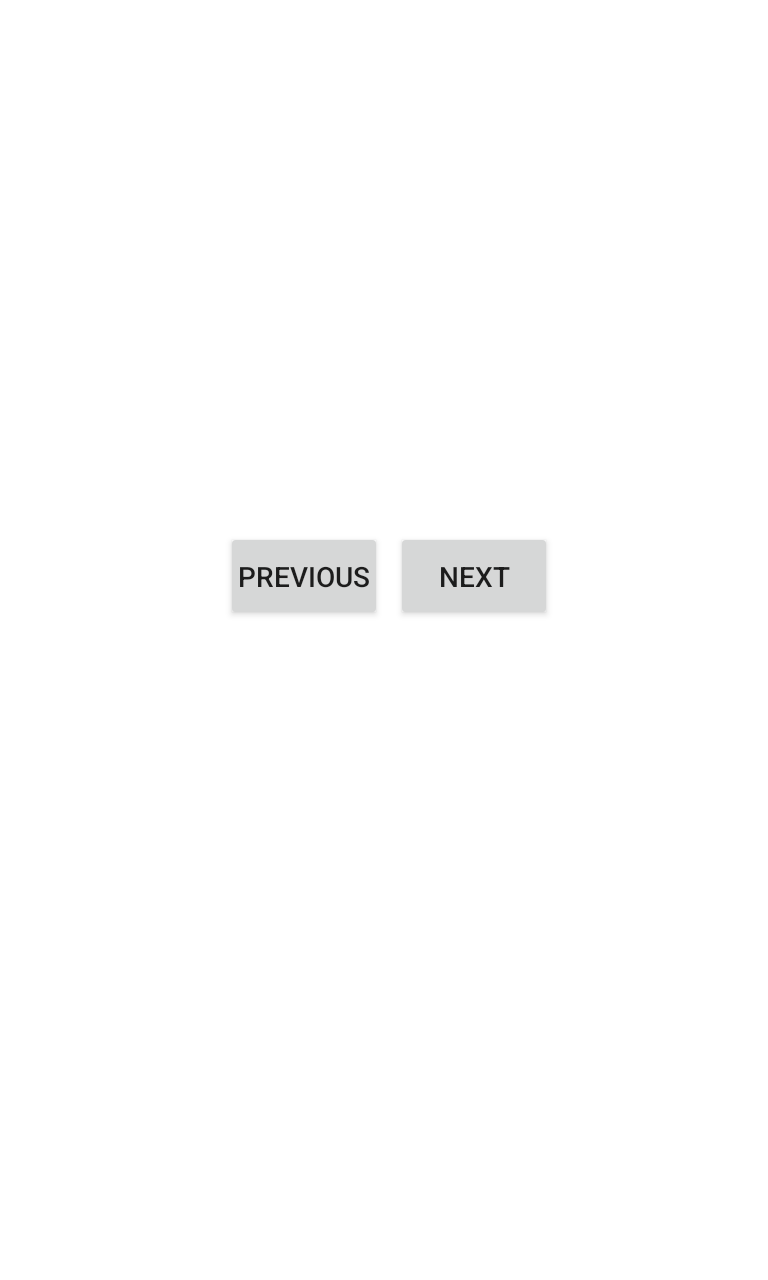
Repository: Warun26/PropertySearch
Layout: PropertySearch/res/layout/historical_zestimates_tab.xml
An editor plug-in stored every save of this project. The layout is shown before and after the next save, followed by the edit.
It is drawn on a 768 x 1280 px phone screen (xhdpi) without system bars, with theme AppTheme; the app's code is not run. The app's manifest (not shown) leaves right-to-left support off. So textAlignment, textDirection and layoutDirection are ignored, and left and right values win over start and end ones.

Above is the layout before, as saved 2014-11-23 05:49:44.

### PropertySearch/res/layout/historical_zestimates_tab.xml
<?xml version="1.0" encoding="utf-8"?>
<LinearLayout xmlns:android="http://schemas.android.com/apk/res/android"
    android:id="@+id/tab2"
    android:layout_width="fill_parent"
    android:layout_height="fill_parent"
    android:orientation="vertical"
    android:background="#fff">

    <TextSwitcher
        android:id="@+id/chartYear"
        android:layout_width="fill_parent"
        android:layout_height="wrap_content"
        android:background="#fff"
        android:padding="5dp"
        android:textSize = "16sp"
        android:textStyle="bold"
        android:layout_marginTop="10dp"
        android:layout_marginBottom="5dp" />


    <TextView
	     android:id="@+id/address"
	     android:layout_width="wrap_content"
	     android:layout_height="wrap_content"
	     android:padding="0dp"
	     android:textSize="14sp"
	     android:textAlignment="center"
	     android:layout_gravity="center"  >
	</TextView>

    <ImageSwitcher
      android:id="@+id/ZestimateCharts"
      android:layout_width="fill_parent"
      android:layout_height="200dp" >
    </ImageSwitcher>

    <LinearLayout
        android:id="@+id/imageNavigationButtons"
        android:layout_width="170dp"
        android:layout_height="wrap_content"
        android:orientation="horizontal"
        android:layout_gravity="center_horizontal" >
	    <Button
	      	android:id="@+id/previousImageButton"
	        android:layout_width="fill_parent"
	        android:layout_height="wrap_content"
	        android:text="@string/previous"
	        android:layout_marginLeft="5dp"
	        android:layout_marginStart="5dp"
	        android:layout_marginTop="20dp"
	        android:paddingLeft="3dp"
	        android:paddingRight="3dp"
	        android:layout_weight="1" />

	    <Button
	      	android:id="@+id/nextImageButton"
	        android:layout_width="fill_parent"
	        android:layout_height="wrap_content"
	        android:text="@string/next"
	        android:layout_marginLeft="5dp"
	        android:layout_marginStart="5dp"
	        android:layout_marginTop="20dp"
	        android:paddingLeft="3dp"
	        android:paddingRight="3dp"
	        android:layout_weight="1" />
        </LinearLayout>
        <TextView
            android:id="@+id/branding2"
            android:layout_width="200dp"
            android:layout_height="wrap_content"
            android:textColorLink="#0000EE"
            android:textColor="#000"
            android:textAlignment="center"
            android:gravity="center_horizontal"
            android:layout_gravity="center_horizontal" />
</LinearLayout>

### PropertySearch/res/values/strings.xml
<?xml version="1.0" encoding="utf-8"?>
<resources>

    <string name="app_name">PropertySearch</string>
    <string name="hello_world">Hello world!</string>
    <string name="action_settings">Settings</string>
    <string name="search">Search</string>
    <string name="title_activity_main">MainActivity</string>
    <string name="form_title">Search Your Property Here</string>
    <string name="street_address">Street Address</string>
    <string name="address">Address*:</string>
    <string name="city_label">City*:</string>
    <string name="city">City</string>
    <string name="state">State*:</string>
    <string name="zillow_image">Zillow Logo</string>
    <string name="error_message">This field is required.</string>
    <string name="body1">body1</string>
    <string name="body2">body2</string>
    <string name="previous">Previous</string>
    <string name="next">Next</string>
    <string name="more_details">See more details on Zillow:</string>
    <string-array name="states">
        <item>Choose State</item>
        <item>AL</item>
        <item>AK</item>
        <item>AZ</item>
        <item>AR</item>
        <item>CA</item>
        <item>CO</item>
        <item>CT</item>
        <item>DE</item>
        <item>DC</item>
        <item>FL</item>
        <item>GA</item>
        <item>HI</item>
        <item>ID</item>
        <item>IL</item>
        <item>IN</item>
        <item>IA</item>
        <item>KS</item>
        <item>KY</item>
        <item>LA</item>
        <item>ME</item>
        <item>MD</item>
        <item>MA</item>
        <item>MI</item>
        <item>MN</item>
        <item>MS</item>
        <item>MO</item>
        <item>MT</item>
        <item>NE</item>
        <item>NV</item>
        <item>NH</item>
        <item>NJ</item>
        <item>NM</item>
        <item>NY</item>
        <item>NC</item>
        <item>ND</item>
        <item>OH</item>
        <item>OK</item>
        <item>OR</item>
        <item>PA</item>
        <item>PA</item>
        <item>RI</item>
        <item>SC</item>
        <item>SD</item>
        <item>TN</item>
        <item>TX</item>
        <item>UT</item>
        <item>VT</item>
        <item>VA</item>
        <item>WA</item>
        <item>WV</item>
        <item>WI</item>
        <item>WY</item>
    </string-array>

    <string name="title_activity_display_property_details">Results from Zillow</string>

</resources>

Loaded but not shown: PropertySearch/res/values/styles.xml (common file); PropertySearch/res/values-v11/styles.xml (common file); PropertySearch/res/values-v14/styles.xml (common file)

After the next save:
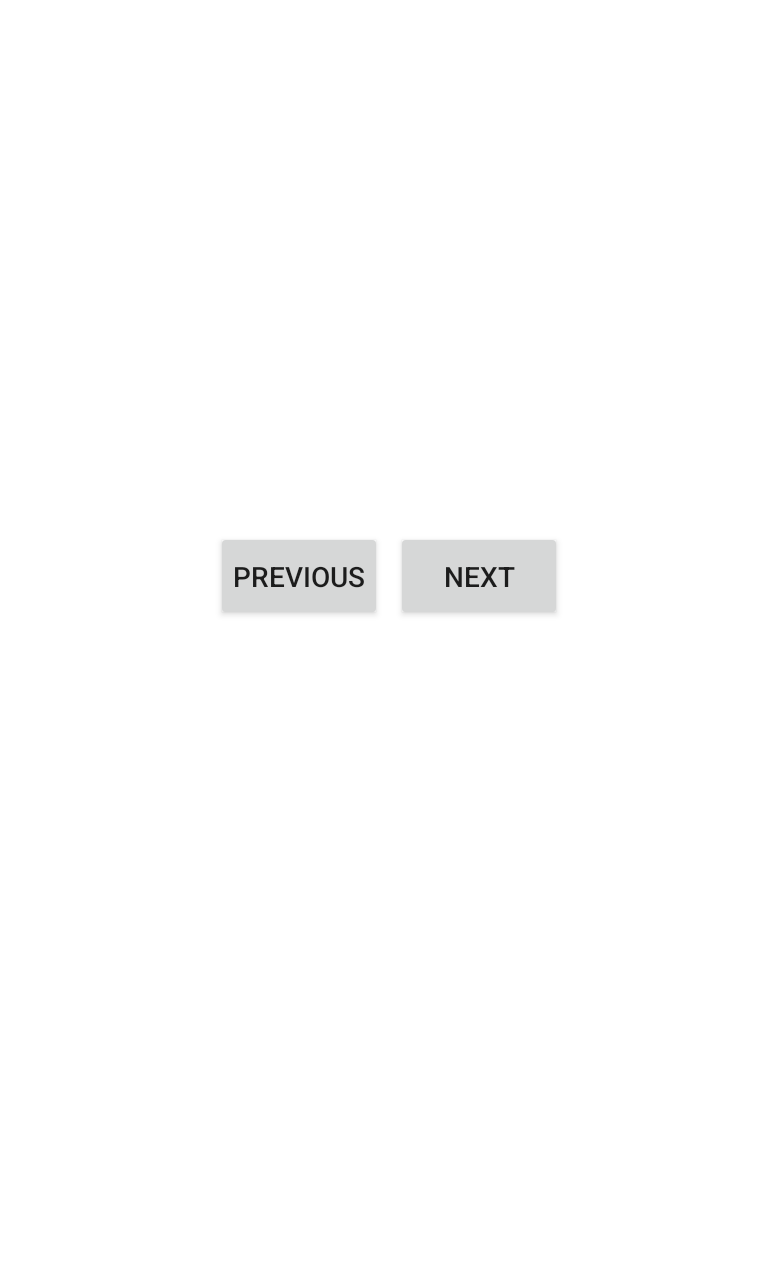
Saved 7 s later.
--- a/PropertySearch/res/layout/historical_zestimates_tab.xml
+++ b/PropertySearch/res/layout/historical_zestimates_tab.xml
@@ -36,7 +36,7 @@
 
     <LinearLayout
         android:id="@+id/imageNavigationButtons"
-        android:layout_width="170dp"
+        android:layout_width="180dp"
         android:layout_height="wrap_content"
         android:orientation="horizontal"
         android:layout_gravity="center_horizontal" >
